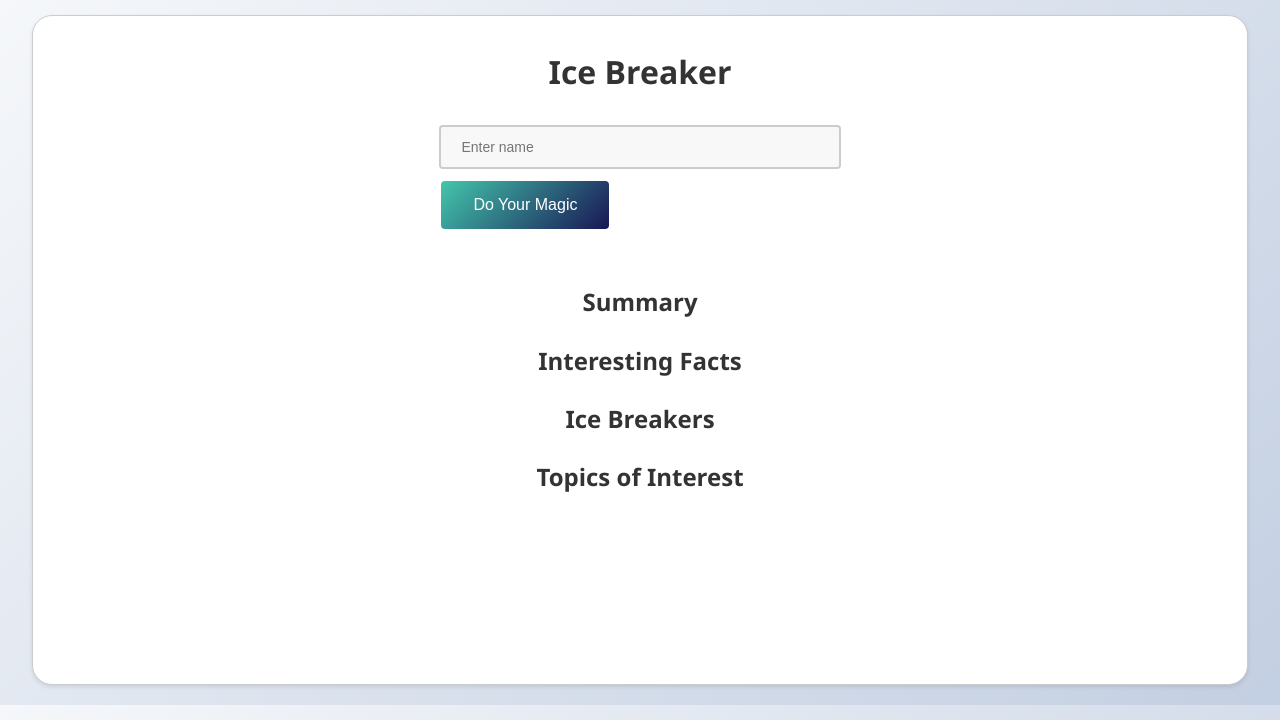
Repository: kunal02kb/Minor-Project-LangCahin
Page: http://localhost/
An editor plug-in stored every save of this project. The page is shown before and after the next save, followed by the edit.
The browser window is 1280 px wide. The pictures show the whole page.
Some web libraries are served in a nearby version. The page is served by the project's application, run on Flask 3 (app.py). Other server files are loaded and not shown.

Above is the page before, as saved 2023-09-27 08:56:43.

### templates/index.html
<!DOCTYPE html>
<html lang="en">
<head>
    <meta charset="UTF-8">
    <meta name="viewport" content="width=device-width, initial-scale=1.0">
    <link rel="stylesheet" href="{{ url_for('static', filename='css/style.css') }}">
    <script src="https://code.jquery.com/jquery-3.6.0.min.js"></script>
    <title>Ice Breaker</title>
    <link rel="stylesheet" href="https://cdnjs.cloudflare.com/ajax/libs/font-awesome/6.1.0/css/all.min.css" />
    <div class="spinner-container" id="spinner-container" style="display: none;">
        <i id="loading-spinner" class="fas fa-spinner fa-spin"></i>
    </div>
</head>
<body>
    <div class="container">
        <h1>Ice Breaker</h1>
        <form id="name-form">
            <input type="text" id="name" name="name" placeholder="Enter name">
            <button id="magic-button" type="submit">Do Your Magic</button>
        </form>
        <div id="result">
            <img id="profile-pic" src="" alt="Profile Picture" style="display: none; max-width: 100%; height: auto; border-radius: 50%; margin-bottom: 20px;">
            <h2>Summary</h2>
            <p id="summary-and-facts"></p>
            <h2>Interesting Facts</h2>
            <div id="interests"></div>
            <h2>Ice Breakers</h2>
            <div id="ice-breakers"></div>
            <h2>Topics of Interest</h2>
            <div id="topics-of-interest"></div>
        </div>
    </div>
    <script>
        $(document).ready(function () {
            $('#name-form').on('submit', function (e) {
                e.preventDefault();
                $('#spinner-container').show();
                $.ajax({
                    url: '/process',
                    data: $('#name-form').serialize(),
                    type: 'POST',
                    success: function (response) {
                        $('#profile-pic').attr('src', response.picture_url); // Update the profile picture src attribute
                        $('#profile-pic').show(); // Show the profile picture
                        $('#summary-and-facts').text(response.summary);
                        $('#interests').html('<ul>' + response.facts.map(fact => '<li>' + fact + '</li>').join('') + '</ul>');
                        $('#ice-breakers').html('<ul>' + response.ice_breakers.map(ice_breaker => '<li>' + ice_breaker + '</li>').join('') + '</ul>');
                        $('#topics-of-interest').html('<ul>' + response.interests.map(topic => '<li>' + topic + '</li>').join('') + '</ul>');
                    },
                    error: function (error) {
                        console.log(error);
                    },
                    complete: function () {
                        $('#spinner-container').hide();
                    }
                });
            });
        });
    </script>
</body>
</html>

### app.py
from flask import Flask, render_template, request, jsonify
from ice_breaker import ice_break

app = Flask(__name__)


@app.route("/")
def index():
    return render_template("index.html")


@app.route("/process", methods=["POST"])
def process():
    name = request.form["name"]
    person_info, profile_pic_url = ice_break(name=name)

    # print(person_info.summary)
    # print( person_info.topic_of_interest)
    # print( person_info.facts)
    # print( person_info.ice_breaker)
    # print(profile_pic_url)

    return jsonify(
        {
            "summary": person_info.summary,
            "interests": person_info.topic_of_interest,
            "facts": person_info.facts,
            "ice_breakers": person_info.ice_breaker,
            "picture_url": profile_pic_url,
        }
    )


if __name__ == "__main__":
    app.run(host="0.0.0.0", debug=True)

### static/css/style.css

* {
    box-sizing: border-box;
    margin: 0;
    padding: 0;
}

body {
    font-family: 'Segoe UI', Tahoma, Geneva, Verdana, sans-serif;
    background-color: #f5f5f5;
    color: #333;
    line-height: 1.6;
    height: auto;
    min-height: 690px;
}

.container {
    width: 95%;
    min-height: 670px;
    margin: 15px auto;
    padding: 30px;
    background-color: #ffffff;
    box-shadow: 0 2px 4px rgba(0, 0, 0, 0.1);
    border: 1px solid #ccc;
    border-radius: 20px;
    display: flex;
    flex-direction: column;
    align-items: center;
}

h1 {
    font-size: 32px;
    margin-bottom: 20px;
}

input[type="text"] {
    width: 100%;
    padding: 12px 20px;
    margin: 8px 0;
    box-sizing: border-box;
    border: 2px solid #ccc;
    border-radius: 4px;
    background-color: #f8f8f8;
    font-size: 14px;
}

button {
    background-color: #4caf50;
    border: none;
    color: white;
    padding: 15px 32px;
    text-align: center;
    text-decoration: none;
    display: inline-block;
    font-size: 16px;
    margin: 4px 2px;
    cursor: pointer;
    border-radius: 4px;
    transition: 0.3s;
}

button:hover {
    background-color: #45a049;
}

#result {
    margin-top: 30px;
    width: 100%;
    text-align: center;
}


#loading {
  display: none;
  position: fixed;
  top: 0;
  right: 0;
  bottom: 0;
  left: 0;
  z-index: 999;
  background-color: rgba(255, 255, 255, 0.8);
}

.loader {
  position: absolute;
  top: 50%;
  left: 50%;
  transform: translate(-50%, -50%);
  border: 8px solid #f3f3f3;
  border-top: 8px solid #3498db;
  border-radius: 50%;
  width: 50px;
  height: 50px;
  animation: spin 2s linear infinite;
}

p {
    font-size: 18px;
    margin-bottom: 10px;
}

h2 {
    font-size: 24px;
    margin-bottom: 10px;
    margin-top: 20px;
}


/* style.css */

/* Add or update this in your style.css file */

body {
    font-family: 'Segoe UI', Tahoma, Geneva, Verdana, sans-serif;
    background-color: #f5f5f5;
    color: #333;
    line-height: 1.6;
    background-image: linear-gradient(135deg, #f5f7fa 0%, #c3cfe2 100%);
}

.spinner-container {
    position: fixed;
    display: flex;
    align-items: center;
    justify-content: center;
    top: 0;
    right: 0;
    bottom: 0;
    left: 0;
    z-index: 999;
}

#loading-spinner {
    font-size: 48px;
}

button {
    background-color: #4caf50;
    background-image: linear-gradient(135deg, #43c6ac 0%, #191654 100%);
    border: none;
    color: white;
    padding: 15px 32px;
    text-align: center;
    text-decoration: none;
    display: inline-block;
    font-size: 16px;
    margin: 4px 2px;
    cursor: pointer;
    border-radius: 4px;
    transition: 0.3s;
}

After the next save:
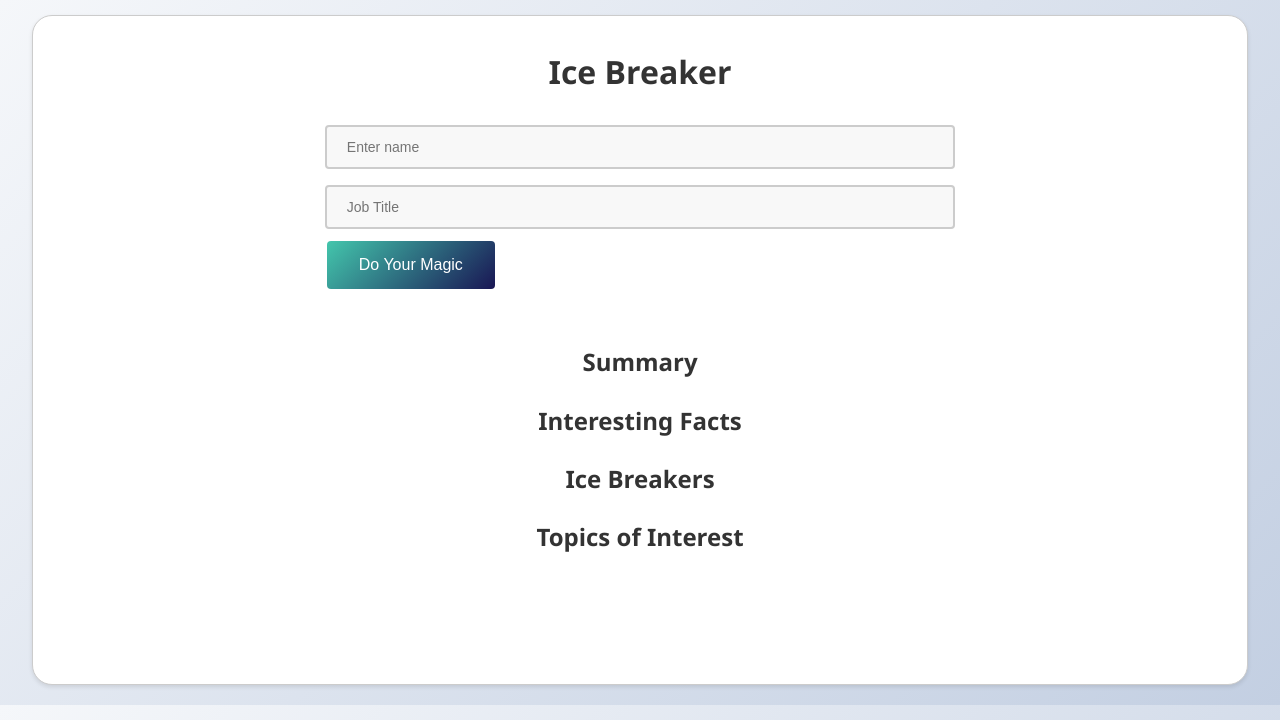
Saved 90 s later.
--- a/templates/index.html
+++ b/templates/index.html
@@ -16,6 +16,7 @@
         <h1>Ice Breaker</h1>
         <form id="name-form">
             <input type="text" id="name" name="name" placeholder="Enter name">
+            <input type="text" id="jd" name="name" placeholder="Job Title">
             <button id="magic-button" type="submit">Do Your Magic</button>
         </form>
         <div id="result">
